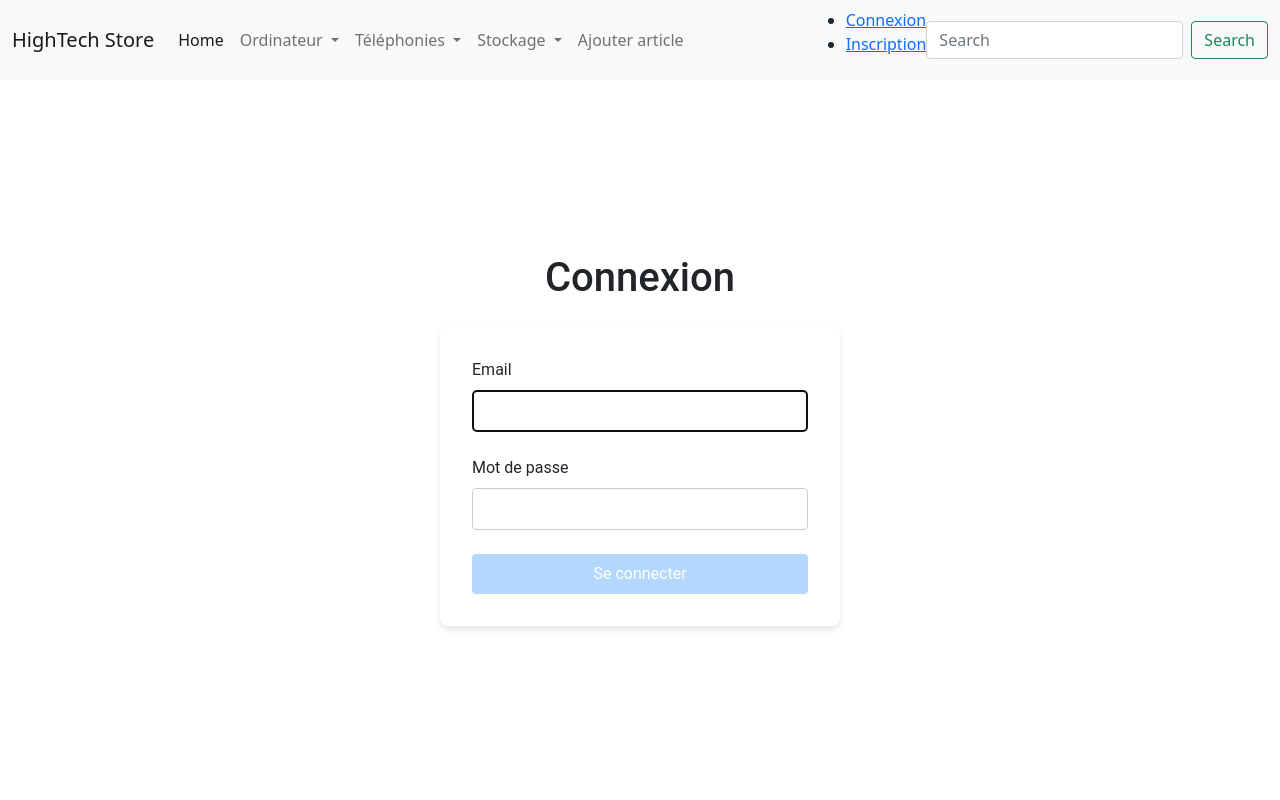
Repository: HaPhuong-krys/M1-angular
Page: /Connexion
The author's editor kept a copy of each file at every save. The page is drawn from the files as they stood at one save, then again after the next save.
The browser window is 1280 px wide. The pictures show the whole page.
The project was rebuilt for these pictures with package versions that can differ from the ones it lists, and the page was loaded fresh each time. Also part of the build but not shown: angular.json, src/app/home/home.component.ts, src/app/pc-bureau/pc-bureau.component.ts, src/app/pc-portable/pc-portable.component.ts, src/app/ajouter-article-form/ajouter-article-form.component.ts, src/app/Model/Articles.ts, src/app/accessoire-ordi/accessoire-ordi.component.ts, src/app/smart-phone/smart-phone.component.ts and 10 more.

Above is the page before, as saved 2023-04-23 01:06:29.

After the next save:
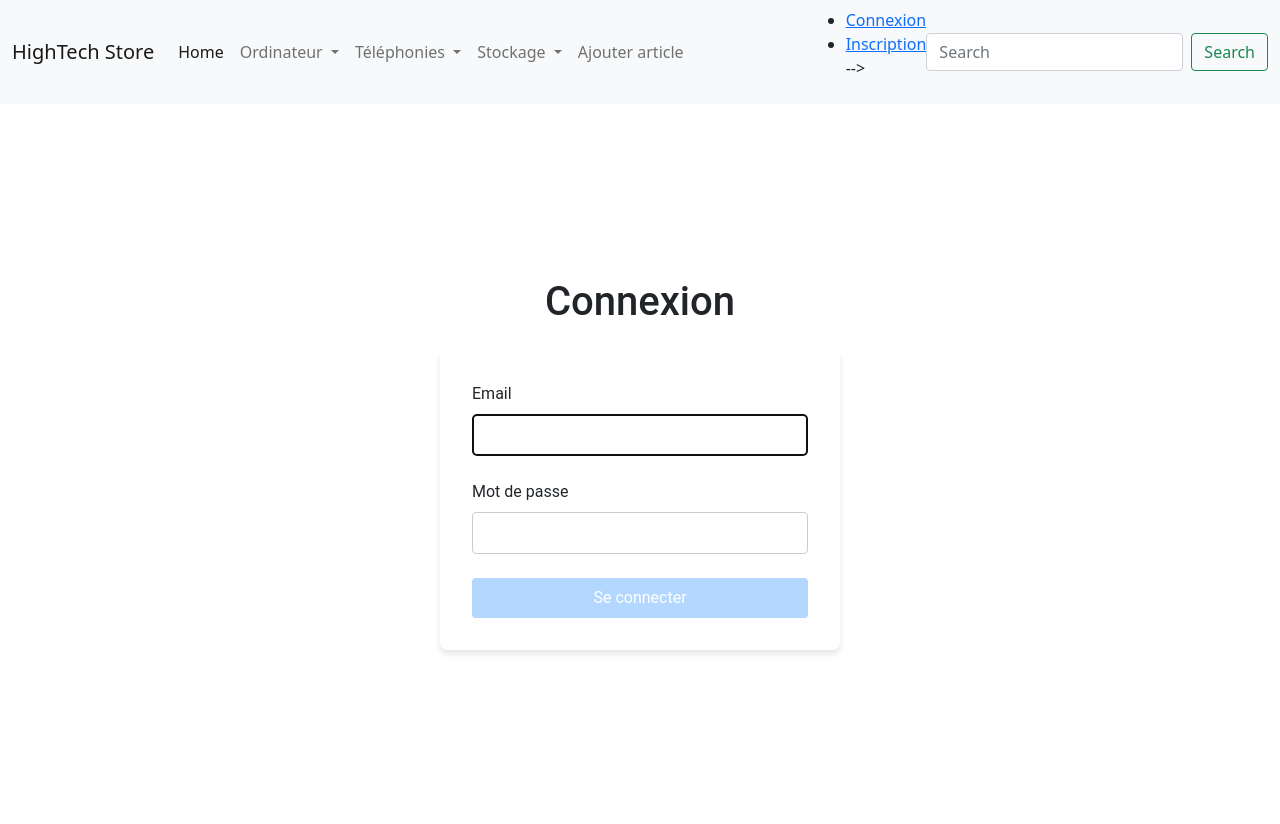
Saved 13 s later.
--- a/src/app/navbar/navbar.component.html
+++ b/src/app/navbar/navbar.component.html
@@ -60,7 +60,7 @@
           <ul *ngIf="!(isLoggedIn$ | async)">
             <!-- Liens pour les utilisateurs non connectés -->
             <li><a routerLink="/Connexion">Connexion</a></li>
-            <li><a routerLink="/inscription">Inscription</a></li>
+            <li><a routerLink="/inscription">Inscription</a></li>-->
           </ul>
 
         </div>
